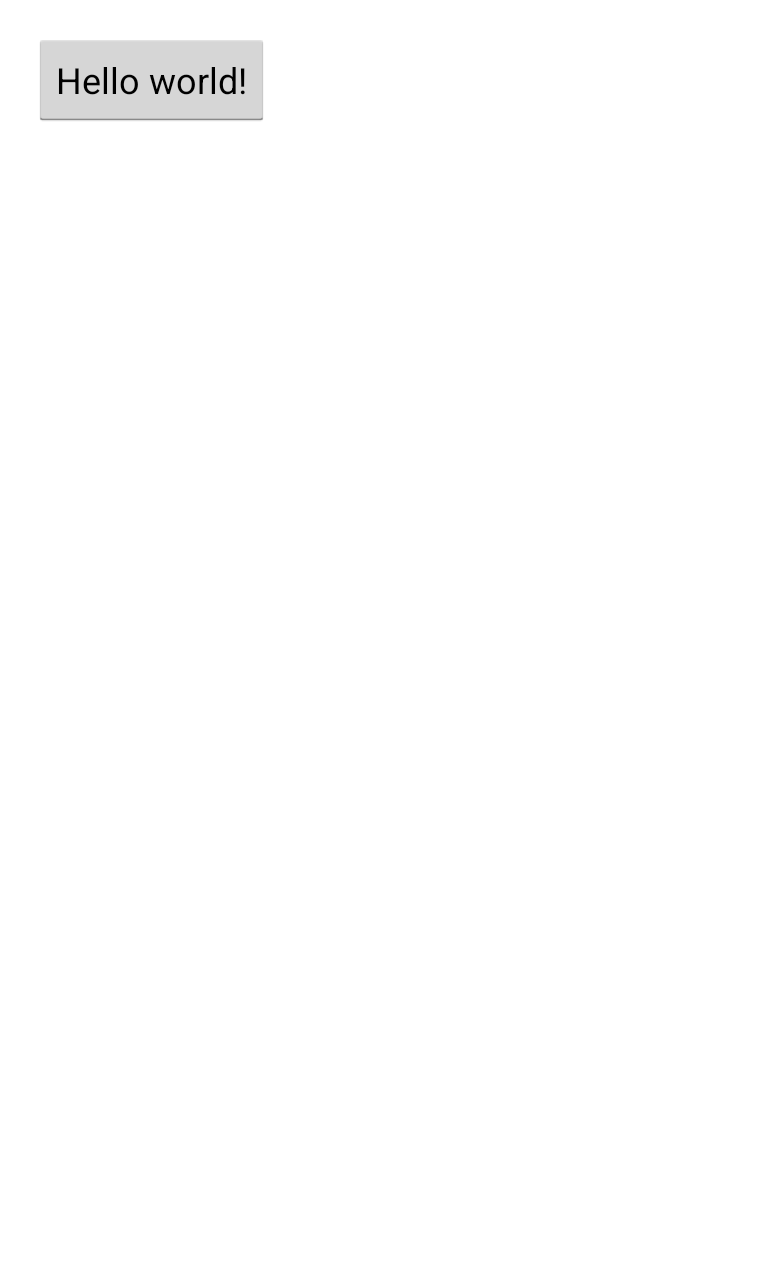
Repository: xfhy/Usually-learn-Android
Layout: 多媒体/10.照相和录像/res/layout/activity_main.xml
An editor plug-in stored every save of this project. The layout is shown before and after the next save, followed by the edit.
It is drawn on a 768 x 1280 px phone screen (xhdpi) without system bars, with theme AppTheme; the app's code is not run.

Above is the layout before, as saved 2017-02-09 14:28:51.

### 多媒体/10.照相和录像/res/layout/activity_main.xml
<LinearLayout xmlns:android="http://schemas.android.com/apk/res/android"
    xmlns:tools="http://schemas.android.com/tools"
    android:layout_width="match_parent"
    android:layout_height="match_parent"
    android:paddingBottom="@dimen/activity_vertical_margin"
    android:paddingLeft="@dimen/activity_horizontal_margin"
    android:paddingRight="@dimen/activity_horizontal_margin"
    android:paddingTop="@dimen/activity_vertical_margin"
    android:orientation="vertical"
    tools:context="com.itheima.carmea.MainActivity$PlaceholderFragment" >

    <Button
        android:id="@+id/bt_pic"
        android:layout_width="wrap_content"
        android:layout_height="wrap_content"
        android:text="@string/hello_world" />



</LinearLayout>

### 多媒体/10.照相和录像/res/values/strings.xml
<?xml version="1.0" encoding="utf-8"?>
<resources>

    <string name="app_name">10.照相和录像</string>
    <string name="hello_world">Hello world!</string>
    <string name="action_settings">Settings</string>

</resources>

Loaded but not shown: 多媒体/10.照相和录像/res/values/styles.xml (common file); 多媒体/10.照相和录像/res/values-v11/styles.xml (common file); 多媒体/10.照相和录像/res/values-v14/styles.xml (common file); 多媒体/10.照相和录像/res/values/dimens.xml (common file); 多媒体/10.照相和录像/res/values-w820dp/dimens.xml (common file)

After the next save:
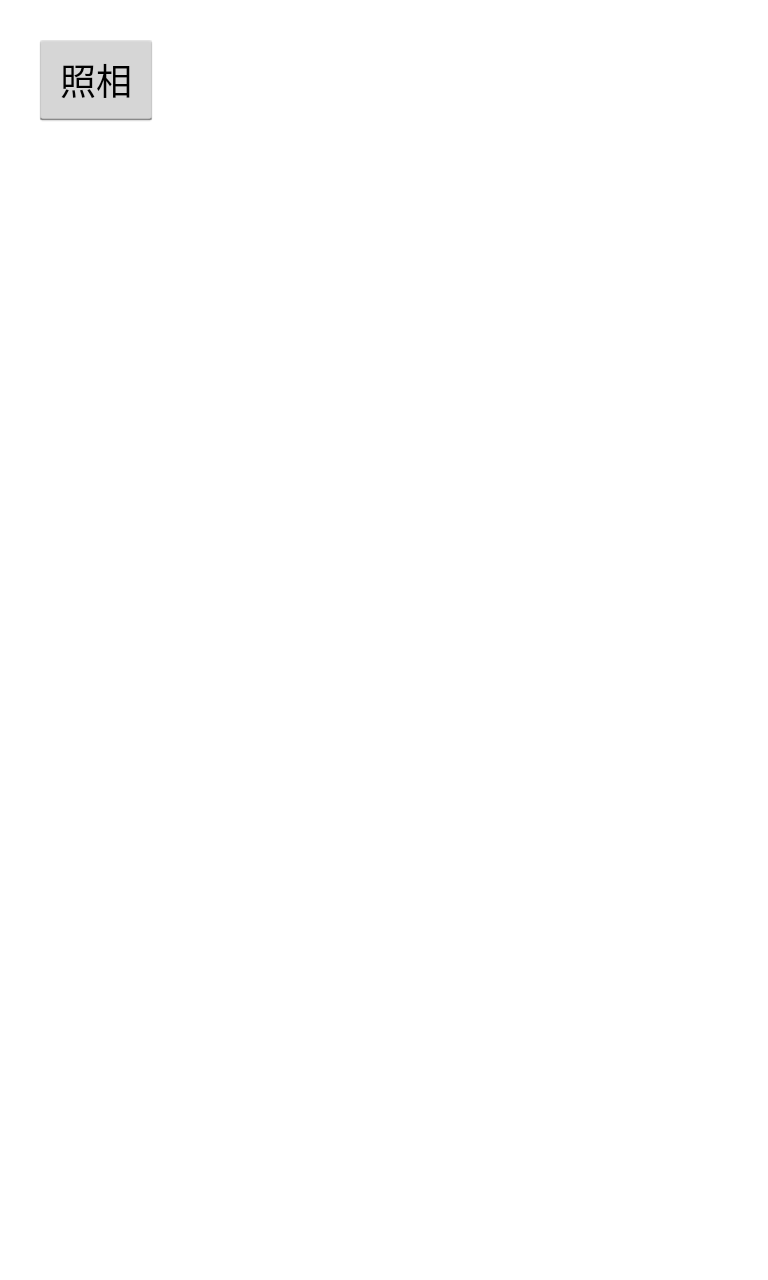
Saved 7 s later.
--- a/多媒体/10.照相和录像/res/layout/activity_main.xml
+++ b/多媒体/10.照相和录像/res/layout/activity_main.xml
@@ -13,7 +13,7 @@
         android:id="@+id/bt_pic"
         android:layout_width="wrap_content"
         android:layout_height="wrap_content"
-        android:text="@string/hello_world" />
+        android:text="照相" />
 
 
 
